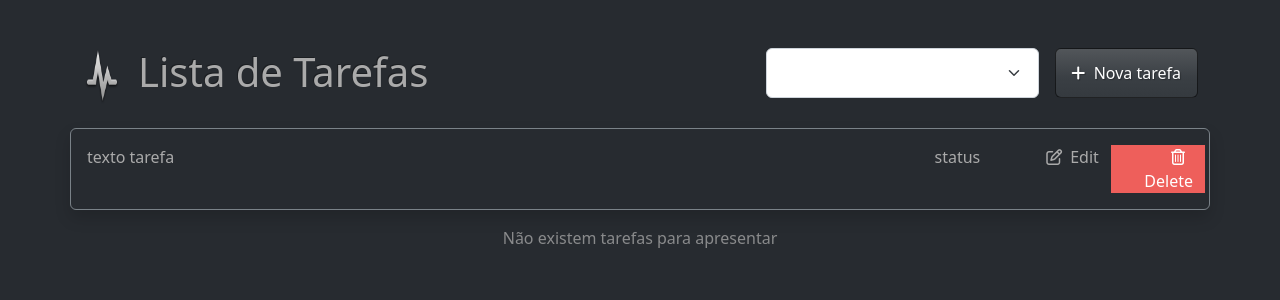
Repository: cargugati/lista_tarefas
Page: frontEnd/index.html
These files come from the project's save history. The page is drawn as it stood at one moment and after the next save; the edit follows.
The browser window is 1280 px wide. The pictures show the whole page.

Above is the page before, as saved 2023-03-18 21:09:13.

### frontEnd/index.html
<!DOCTYPE html>
<html lang="pt-br">

<head>
  <meta charset="UTF-8">
  <meta http-equiv="X-UA-Compatible" content="IE=edge">
  <meta name="viewport" content="width=device-width, initial-scale=1.0">
  <title>Lista de Tarefas</title>
  <link rel="stylesheet" href="./assets/css/bootstrap.min.css">
  <link rel="stylesheet" href="./assets/fontawesome/css/all.min.css">
  <link rel="shortcut icon" href="./assets/images/favicon.png" type="image/png">
</head>

<body>
  <div class="container my-5">

    <!-- cabeçalho -->
    <div class="row mb-4">
      <div class="col">
        <div class="d-flex justify-content-start">
          <img src="./assets/images/favicon.png" alt="Logo" class="img-fluid me-3" width="40px">
          <h1>Lista de Tarefas</h1>
        </div>

      </div>
      <div class="col text-end">
        <div class="d-flex justify-content-end">
          <select id="select_filter" class="form-select w-50 me-3">
            <option value=""></option>
            <option value="1">1</option>
          </select>
          <a href="new_task.html" class="btn btn-primary"><i class="fa-solid fa-plus me-2"></i>Nova tarefa</a>
        </div>
      </div>
    </div>

    <!-- aspecto visual de uma tarefa -->
    <div class="row mb-3">
      <div class="col-12 border border-secondary rounded p-3 shadow">
        <div class="row">
          <div class="col-9">texto tarefa</div>
          <div class="col-1">status</div>
          <div class="col-1 text-end"><i class="fa-regular fa-pen-to-square me-2"></i>Edit</div>
          <div class="col-1 text-end text-bg-danger"><i class="fa-regular fa-trash-can me-2"></i>Delete</div>
        </div>
      </div>
    </div>


    <!-- sem tarefa -->
    <div class="row " id="no_tasks">
      <div class="col text-center">
        <span class="opacity-75">Não existem tarefas para apresentar</span>
      </div>
    </div>
  </div>


  <script src="./assets/js/bootstrap.bundle.min.js"></script>
</body>

</html>

Loaded but not shown: frontEnd/assets/css/bootstrap.min.css (library); frontEnd/assets/fontawesome/css/all.min.css (library); frontEnd/assets/js/bootstrap.bundle.min.js (library)

After the next save:
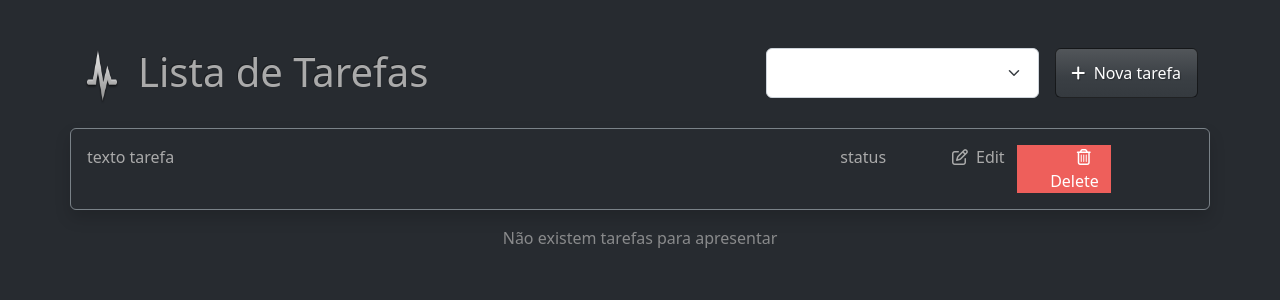
Saved 67 s later.
--- a/frontEnd/index.html
+++ b/frontEnd/index.html
@@ -38,7 +38,7 @@
     <div class="row mb-3">
       <div class="col-12 border border-secondary rounded p-3 shadow">
         <div class="row">
-          <div class="col-9">texto tarefa</div>
+          <div class="col-8">texto tarefa</div>
           <div class="col-1">status</div>
           <div class="col-1 text-end"><i class="fa-regular fa-pen-to-square me-2"></i>Edit</div>
           <div class="col-1 text-end text-bg-danger"><i class="fa-regular fa-trash-can me-2"></i>Delete</div>
